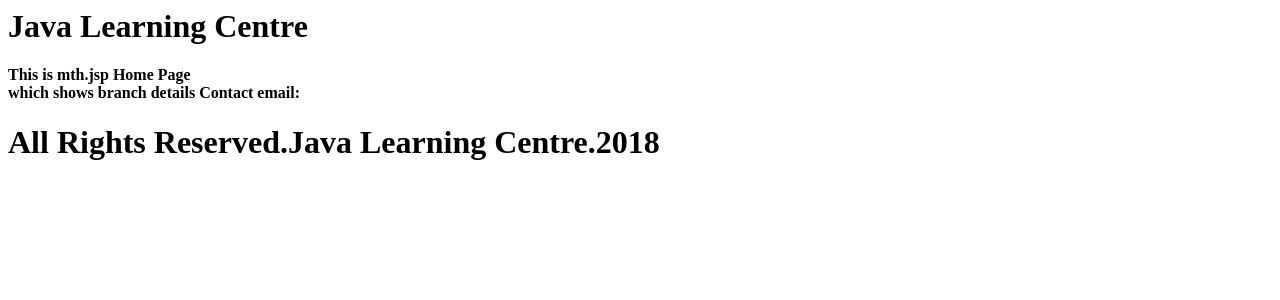
Repository: argho1990/Coursecube-B19
Page: http://localhost/Lab10/mth.jsp
The author's editor kept a copy of each file at every save. The page is drawn from the files as they stood at one save, then again after the next save.
The browser window is 1280 px wide. The pictures show the whole page.
The page is served by Tomcat 9.

Above is the page before, as saved 2018-11-23 22:13:08.

### JSP/Lab10/WebContent/mth.jsp
<html>

<body>
<jsp:include page="header.jsp">
<jsp:param name="cname" value="Java Learning Centre"/>
</jsp:include>
<h4>This is mth.jsp Home Page<br>
which shows ${param.bn} branch details
Contact email:${param.email}</h4>
<jsp:include page="footer.jsp">
<jsp:param name="cname" value="Java Learning Centre"/>
</jsp:include>
</body>
</html>

### JSP/Lab10/WebContent/header.jsp
<%@ page language="java" contentType="text/html; charset=ISO-8859-1"
    pageEncoding="ISO-8859-1" isELIgnored="false"%>
<!DOCTYPE html>

<html>

<body>

<h1>${param.cname }</h1>

</body>

</html>

### JSP/Lab10/WebContent/footer.jsp
<html>

<body>

<h1>All Rights Reserved.${param.cname}.2018</h1>

</body>

</html>

After the next save:
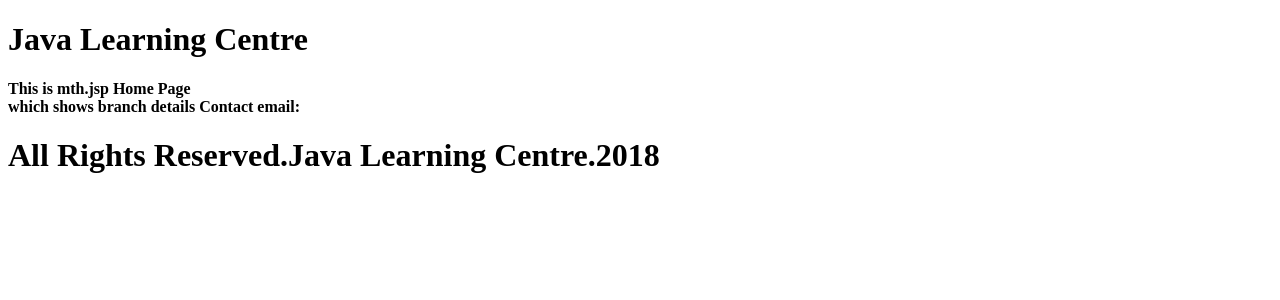
Saved 11 s later.
--- a/JSP/Lab10/WebContent/mth.jsp
+++ b/JSP/Lab10/WebContent/mth.jsp
@@ -1,3 +1,7 @@
+<%@ page language="java" contentType="text/html; charset=ISO-8859-1"
+    pageEncoding="ISO-8859-1" isELIgnored="false"%>
+<!DOCTYPE html>
+
 <html>
 
 <body>
--- a/JSP/Lab10/WebContent/footer.jsp
+++ b/JSP/Lab10/WebContent/footer.jsp
@@ -1,3 +1,7 @@
+<%@ page language="java" contentType="text/html; charset=ISO-8859-1"
+    pageEncoding="ISO-8859-1" isELIgnored="false"%>
+<!DOCTYPE html>
+
 <html>
 
 <body>
